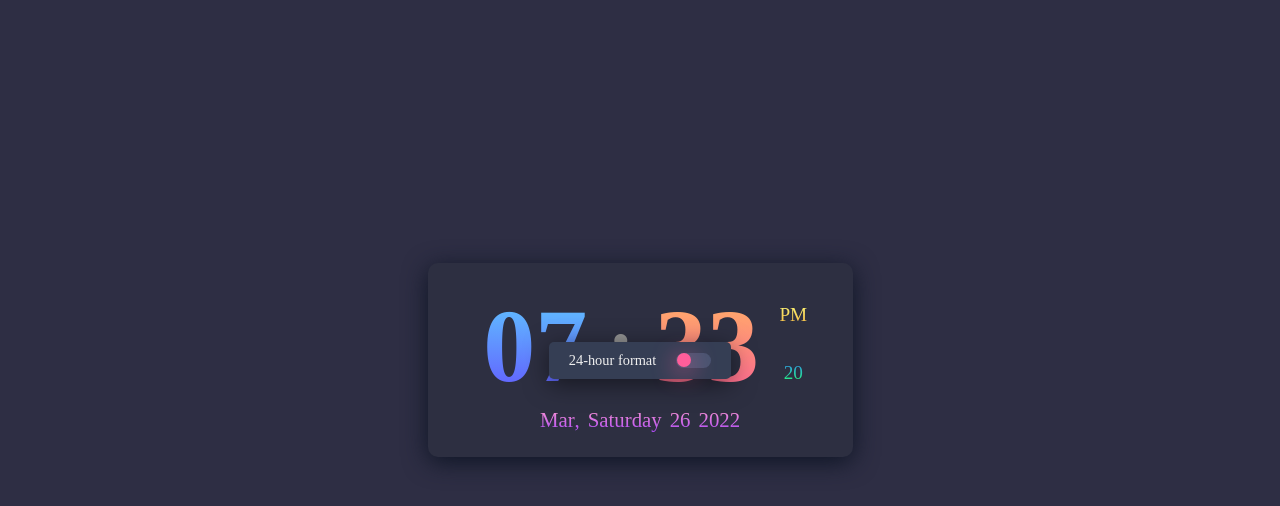
Repository: QUANGTHAI2003/digital-clock
Page: index.html
An editor plug-in stored every save of this project. The page is shown before and after the next save, followed by the edit.
The browser window is 1280 px wide. The pictures show the whole page.
Some icons come from a web library that is not loaded, so they are not drawn.

Above is the page before, as saved 2022-03-26 23:47:26.
Console error: TypeError: year.addEventListener is not a function

After the next save:
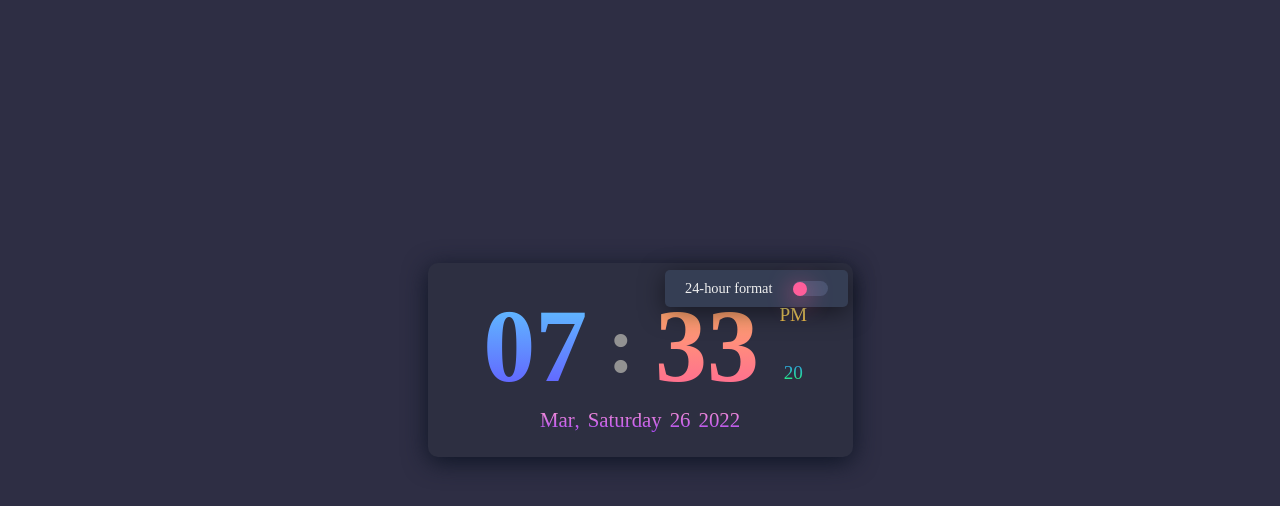
Saved 22 s later.
--- a/style.css
+++ b/style.css
@@ -130,6 +130,8 @@ body {
 .dot-menu {
     z-index: 999;
     position: absolute;
+    top: 7px;
+    right: 5px;
     list-style: none;
     background: #353e54;
     padding: 10px 20px;
